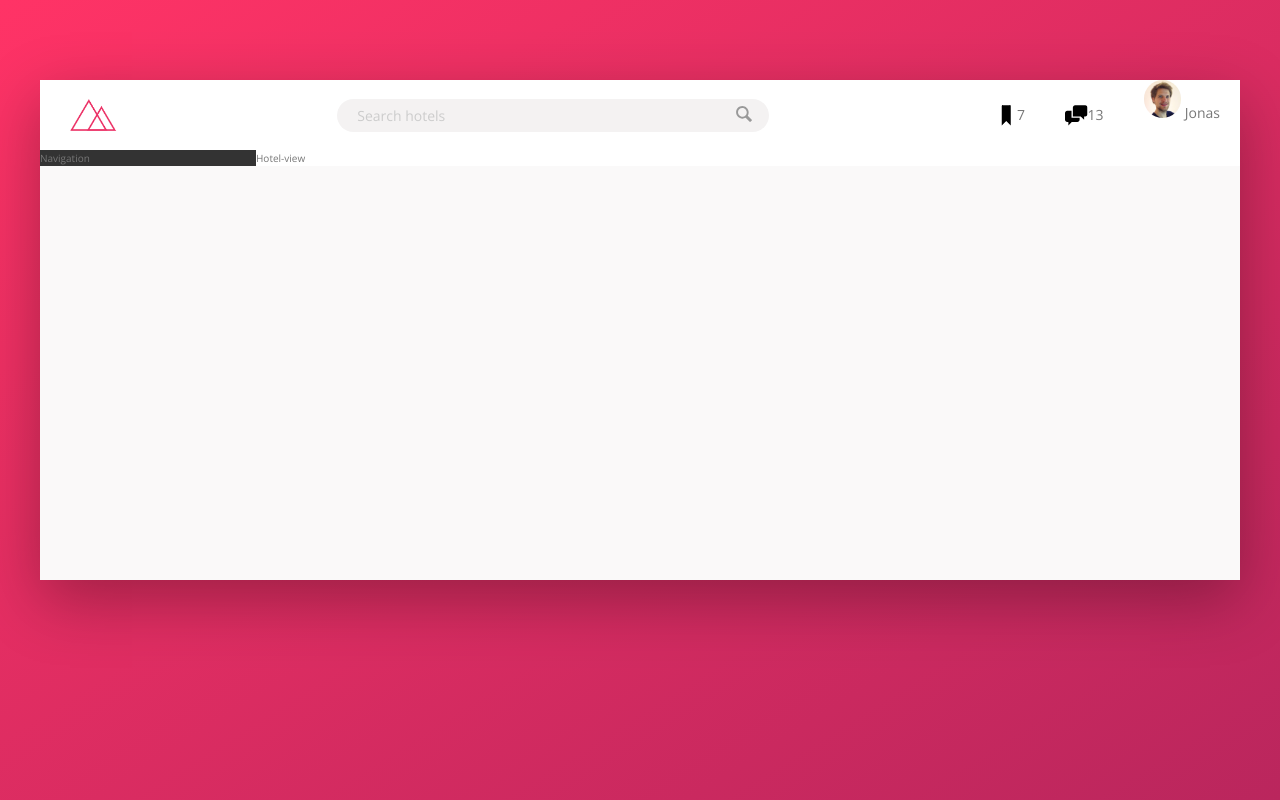
Repository: Lithium87/Trillo
Page: index.html
The author's editor kept a copy of each file at every save. The page is drawn from the files as they stood at one save, then again after the next save.
The browser window is 1280 px wide. The pictures show the whole page.
The style sheet was rebuilt from its Sass, Less or Tailwind sources for each picture, by a compiler version that may differ from the author's.

Above is the page before, as saved 2020-05-15 20:40:19.

### index.html
<!DOCTYPE html>
<html lang="en">

<head>
    <meta charset="UTF-8">
    <meta name="viewport" content="width=device-width, initial-scale=1.0">

    <link href="https://fonts.googleapis.com/css?family=Open+Sans:300,400,600" rel="stylesheet">
    <link rel="stylesheet" href="css/style.css">
    <link rel="shortcut icon" type="image/png" href="img/favicon.png">

    <title>trillo &mdash; Your all-in-one booking app</title>
</head>

<body>
    <div class="container">
        <header class="header">
            <img src="img/logo.png" alt="Trillo logo" class="logo">
            <form action="#" class="search">
                <input type="text" class="search__input" placeholder="Search hotels">
                <button class="search__button">
                    <svg class="search__icon">
                        <use xlink:href="img/sprite.svg#icon-magnifying-glass"></use>
                    </svg>
                </button>
            </form>

            <nav class="user-nav">
                <div class="user-nav__icon-box">
                    <svg class="user-nav__icon">
                        <use xlink:href="img/sprite.svg#icon-bookmark"></use>
                    </svg>
                    <span class="user-nav__notification">7</span>
                </div>
                <div class="user-nav__icon-box">
                    <svg class="user-nav__icon">
                        <use xlink:href="img/sprite.svg#icon-chat"></use>
                    </svg>
                    <span class="user-nav__notification">13</span>
                </div>
                <div class="user-nav__user">
                    <img src="img/user.jpg" alt="User photo" class="user-nav__user-photo">
                    <span class="user-nav__user-name">Jonas</span>
                </div>
            </nav>
        </header>
        <div class="content">
            <nav class="sidebar">
                Navigation
            </nav>
            <main class="hotel-view">
                Hotel-view
            </main>
        </div>
    </div>
</body>

</html>

### sass/_base.scss
:root {
    --color-primary: #eb2f64;
    --color-primary-light: #FF3366;
    --color-primary-dark: #BA265D;
    --color-grey-light-1: #faf9f9;
    --color-grey-light-2: #f4f2f2;
    --color-grey-light-3: #f0eeee;
    --color-grey-light-4: #ccc;
    --color-grey-dark-1: #333;
    --color-grey-dark-2: #777;
    --color-grey-dark-3: #999;
    --shadow-dark: 0 2rem 6rem rgba(0, 0, 0, .3);
}

* {
    margin: 0;
    padding: 0;
}

*,
*::before,
*::after {
    box-sizing: inherit;
}

html {
    box-sizing: border-box;
    font-size: 62.5%; // 1rem = 10px
}

body {
    font-family: 'Open Sans', sans-serif;
    font-weight: 400;
    line-height: 1.6;
    color: var(--color-grey-dark-2);
    background-image: linear-gradient(to right bottom, var(--color-primary-light), var(--color-primary-dark));
    background-size: cover;
    background-repeat: no-repeat;
    min-height: 100vh;
}

### sass/_layout.scss
.container {
    max-width: 120rem;
    margin: 8rem auto;
    background-color: var(--color-grey-light-1);
    box-shadow: var(--shadow-dark);
    min-height: 50rem;
}

.header {
    font-size: 1.4rem;
    height: 7rem;
    background-color: #fff;
    border-bottom: var(--color-grey-light-2);
    display: flex;
    justify-content: space-between;
    align-items: center;
}

.content {
    display: flex;
}

.sidebar {
    background-color: var(--color-grey-dark-1);
    flex: 0 0 18%;
}

.hotel-view {
    background-color: #fff;
    flex: 1;
}

### sass/_components.scss
///////////////////////
//LOGO
.logo {
    height: 3.25rem;
    margin-left: 3rem;
}

///////////////////////
//SEARCH BOX
.search {
    flex: 0 0 40%;
    display: flex;
    align-items: center;
    justify-content: center;
    &__input {
        font-family: inherit;
        font-size: inherit;
        color: inherit;
        background-color: var(--color-grey-light-2);
        border: none;
        padding: .7rem 2rem;
        border-radius: 100px;
        width: 90%;
        transition: all .2s;
        margin-right: -3.5rem;
        &:focus {
            outline: none;
            width: 100%;
            background-color: var(--color-grey-light-3);
        }
        &::-webkit-input-placeholder {
            font-weight: 100;
            color: var(--color-grey-light-4);
        }
    }
    &__input:focus+&__button {
        background-color: var(--color-grey-light-3);
    }
    &__button {
        border: none;
        background-color: var(--color-grey-light-2);
        &:focus {
            outline: none;
        }
        &:active {
            transform: translateY(2px);
        }
    }
    &__icon {
        height: 2rem;
        width: 2rem;
        fill: var(--color-grey-dark-3);
    }
}

///////////////////////
//USER NAVIGATION
.user-nav {
    align-self: stretch;
    display: flex;
    align-items: center;
    &>* {
        padding: 0 2rem;
        cursor: pointer;
        height: 100%;
    }
    &>*:hover {
        background-color: var(--color-grey-light-2);
    }
    &__icon-box {
        display: flex;
        align-items: center;
    }
    &__icon {
        height: 2.25rem;
        width: 2.25rem;
    }
    &__notification {}
    &__user {}
    &__user-photo {
        height: 3.75rem;
        border-radius: 50%;
    }
    &__user-name {}
}

Loaded but not shown: sass/main.scss (common file)

After the next save:
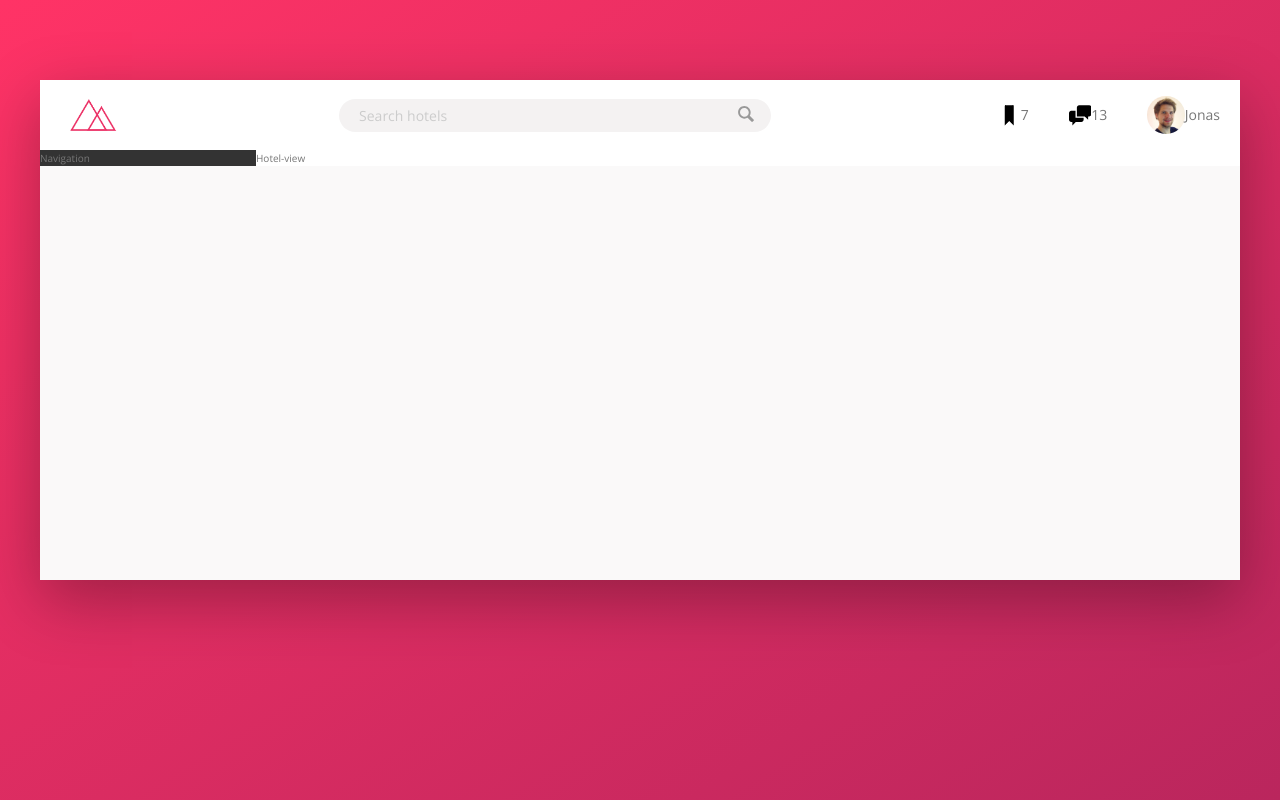
Saved 84 s later.
--- a/sass/_components.scss
+++ b/sass/_components.scss
@@ -63,14 +63,13 @@
         padding: 0 2rem;
         cursor: pointer;
         height: 100%;
+        display: flex;
+        align-items: center;
     }
     &>*:hover {
         background-color: var(--color-grey-light-2);
     }
-    &__icon-box {
-        display: flex;
-        align-items: center;
-    }
+    &__icon-box {}
     &__icon {
         height: 2.25rem;
         width: 2.25rem;
